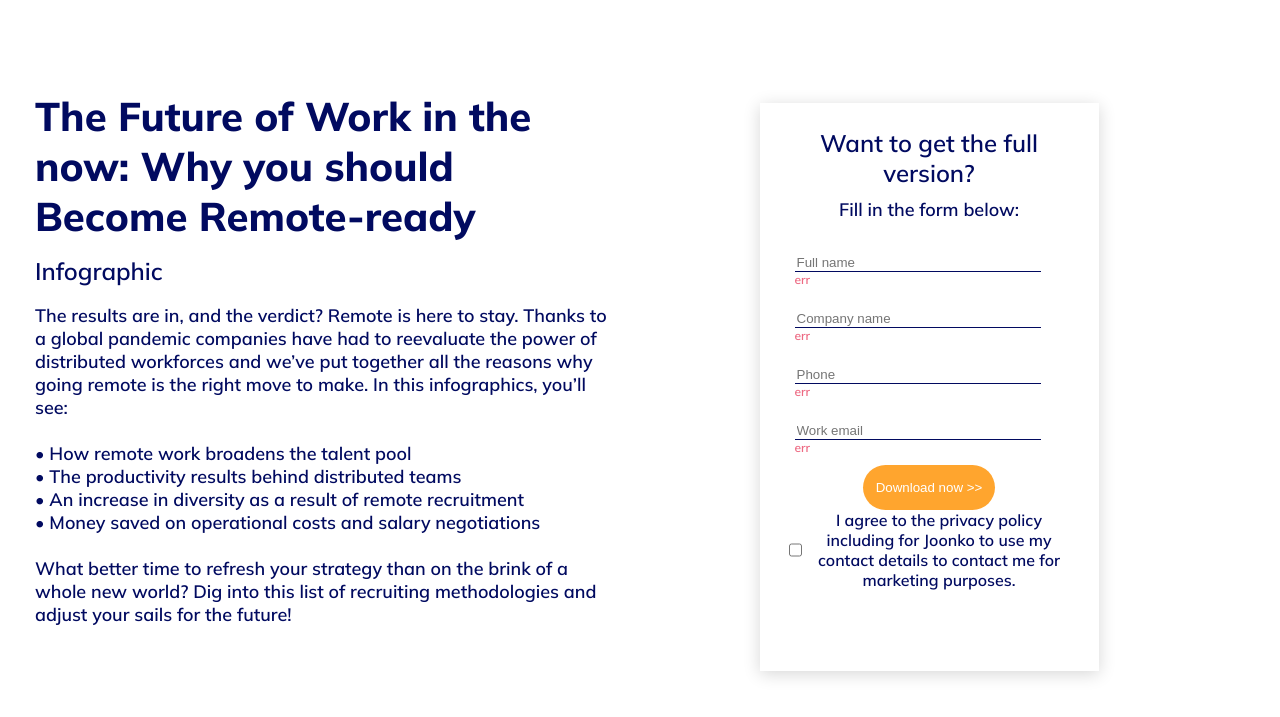
Repository: zivmorad/joonko-form
Page: /
An editor plug-in stored every save of this project. The page is shown before and after the next save, followed by the edit.
The browser window is 1280 px wide. The pictures show the whole page.
The project was rebuilt for these pictures with package versions that can differ from the ones it lists, and the page was loaded fresh each time.

Above is the page before, as saved 2021-08-03 11:38:28.

After the next save:
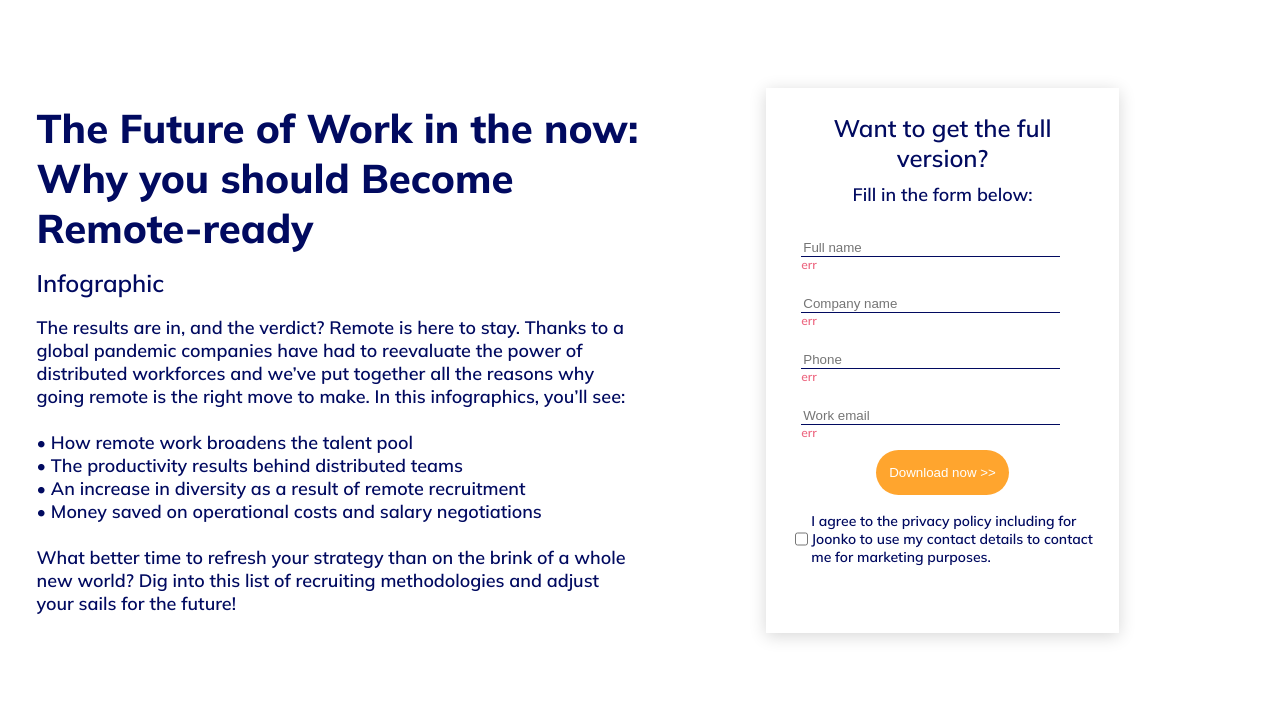
Saved 3 min 28 s later.
--- a/src/App.scss
+++ b/src/App.scss
@@ -66,7 +66,6 @@ body {
 		}
 		.form-section {
 			width: 50%;
-			padding: 27px;
 			height: 100%;
 			align-items: center;
 			.form-card {
@@ -107,6 +106,14 @@ body {
 						color: white;
 						margin: auto;
 					}
+					.checkbox-input-wrapper {
+						margin: 17px 0px;
+						font-size: 14px;
+						text-align: left;
+						.checkbox {
+							margin-right: 10px;
+						}
+					}
 				}
 			}
 		}
